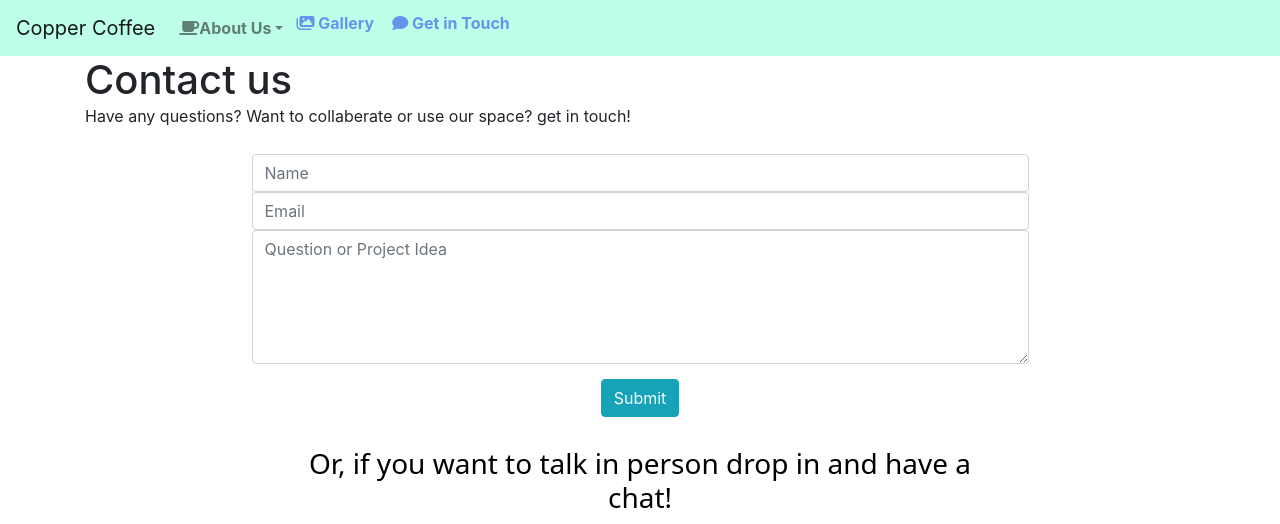
Repository: Matt-F90/milestone
Page: contact.html
The author's editor kept a record of every edit. The page is drawn from the files as they stood at one moment, then again after the next edit.
The browser window is 1280 px wide. The pictures show the part of the page from y = 0 to 524 px (the page is 1115 px tall before and 1155 px after).
Pictures or frames that could not be fetched are drawn as grey boxes. Some web libraries are served in a nearby version.

Above is the page before.
Console error: TypeError: Cannot read properties of undefined (reading 'fn')

After the next edit:
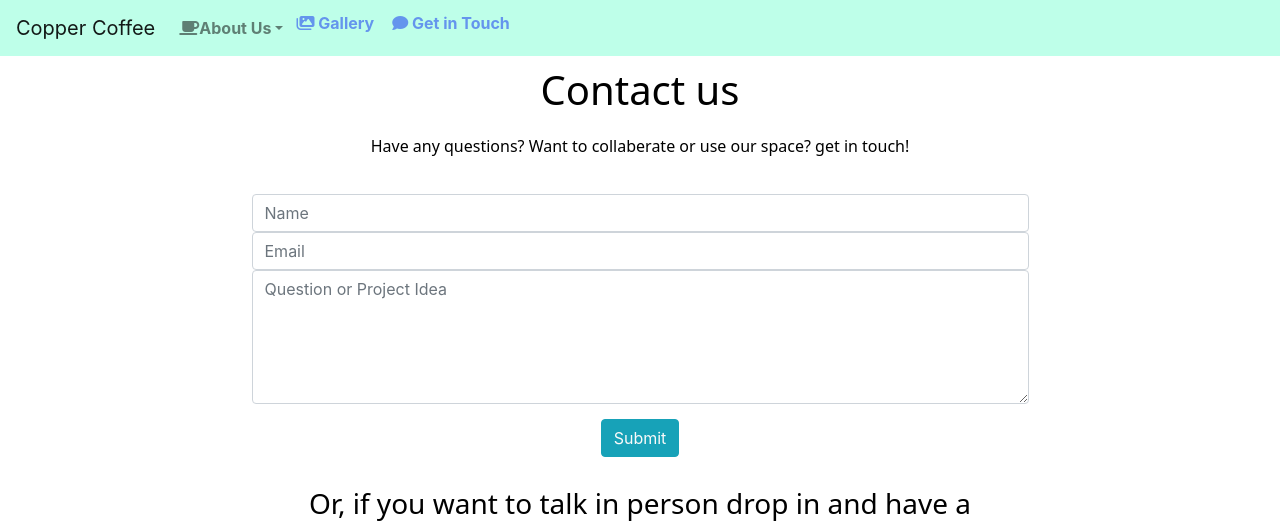
The edit:
--- a/contact.html
+++ b/contact.html
@@ -45,8 +45,8 @@
 
     <!---------------------------------------------------------------------------------------------div--->
     <div class="container content-container">
-        <h1>Contact us</h1>
-        <p>Have any questions? Want to collaberate or use our space? get in touch!</p>
+        <h1 class="general-sub">Contact us</h1>
+        <p class="general-sub">Have any questions? Want to collaberate or use our space? get in touch!</p>
         <div class="center-form">
             <form>
                 <input type="text" name="name" id="fullname" class="form-control" placeholder="Name" required />
